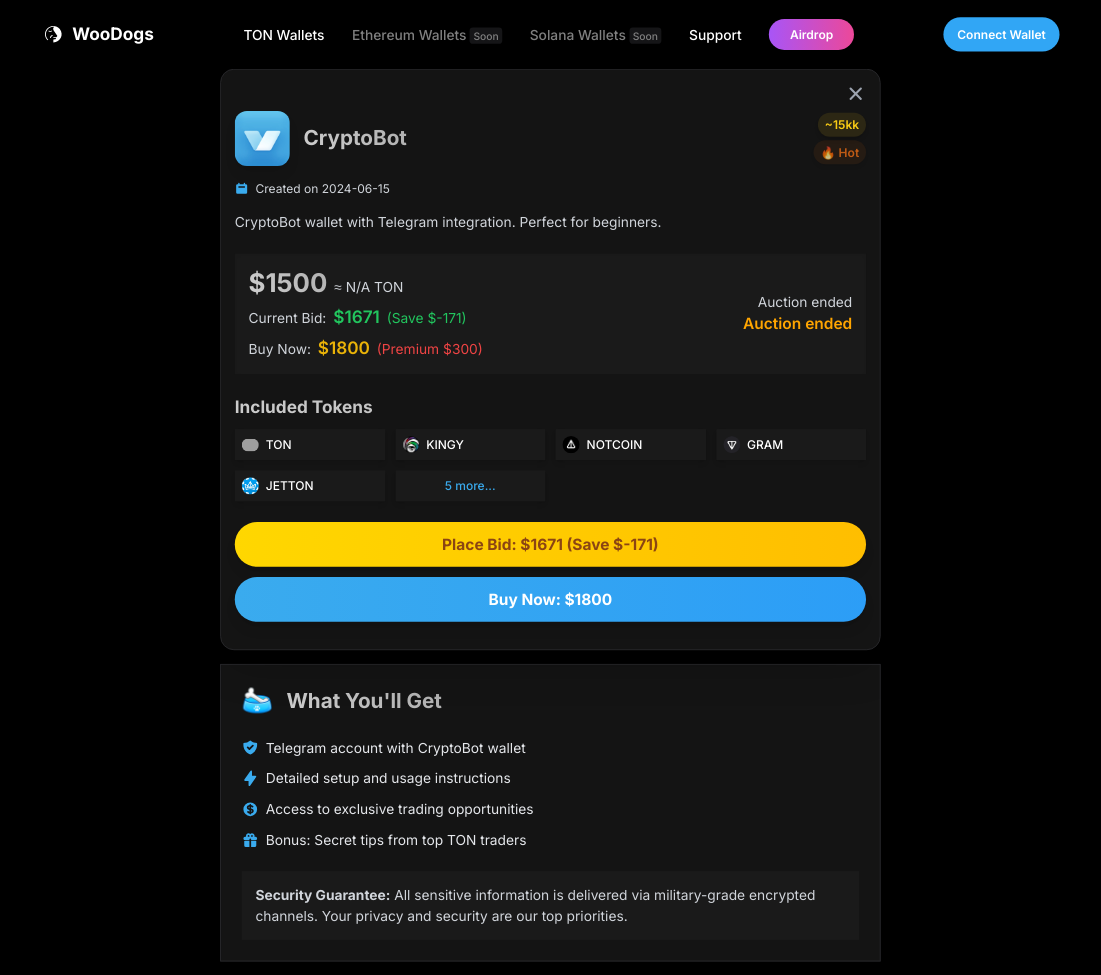
Repository: itititi/woofdogs_off
Page: /wallet/cryptobot-1
An editor plug-in stored every save of this project. The page is shown before and after the next save, followed by the edit.
The browser window is 1280 px wide. The pictures show the whole page, at 86% of full size.
Pictures or frames that could not be fetched are drawn as grey boxes. The page's requests for data from a server got no answer. The project was rebuilt for these pictures with package versions that can differ from the ones it lists, and the page was loaded fresh each time. The framework's server and built-in components were replaced by stand-ins that run in the browser. No one was signed in, and anything a server would have sent is missing. Also part of the build but not shown: next.config.mjs.

Above is the page before, as saved 2024-10-25 22:38:39.

After the next save:
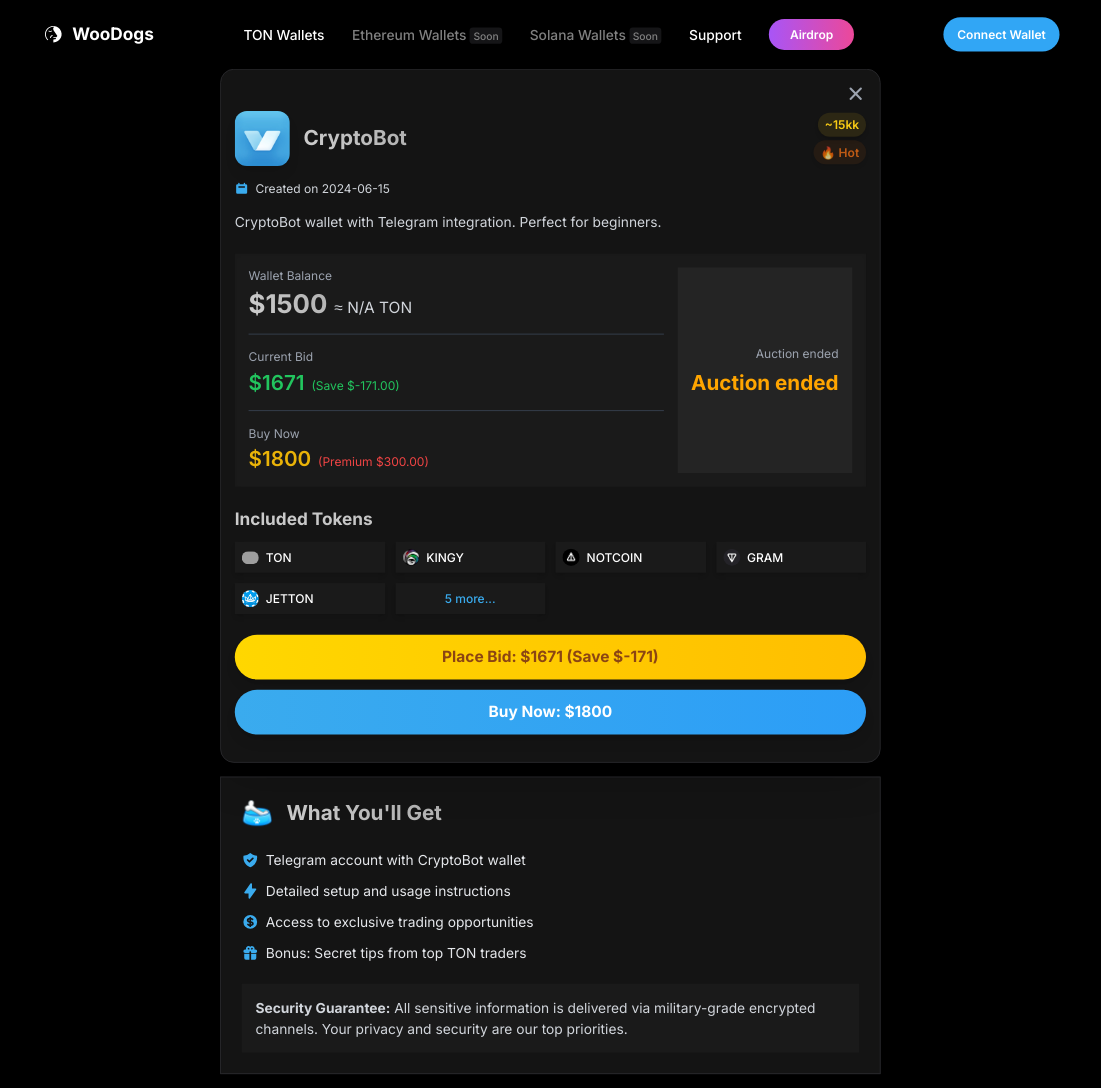
Saved 83 s later.
--- a/src/app/wallet/[id]/page.tsx
+++ b/src/app/wallet/[id]/page.tsx
@@ -182,34 +182,39 @@
 
             <p className="text-gray-300 text-base mb-6 leading-relaxed">{wallet.description}</p>
 
-            <div className="flex flex-col sm:flex-row sm:justify-between sm:items-center mb-6 bg-[#1A1A1A] p-4 rounded-lg shadow-inner">
-              <div className="mb-2 sm:mb-0">
-                <div className="mb-2">
-                  <span className="text-2xl sm:text-3xl font-bold titanium-gradient">${wallet.priceUSD}</span>
-                  <span className="text-sm sm:text-base text-gray-300 ml-2">
-                    ≈ {tonAmount} TON
-                  </span>
-                </div>
-                <div className="mb-2">
-                  <span className="text-sm sm:text-base text-gray-300">Current Bid:</span>
-                  <span className="text-lg sm:text-xl font-semibold text-green-500 ml-2">${bidPrice}</span>
-                  <span className="text-sm sm:text-base text-green-500 ml-2">
-                    (Save ${wallet.priceUSD - bidPrice!})
-                  </span>
+            <div className="flex flex-col sm:flex-row sm:justify-between sm:items-stretch mb-6 bg-[#1A1A1A] p-4 rounded-lg shadow-inner">
+              <div className="flex-1 mb-4 sm:mb-0 sm:mr-4">
+                <div className="mb-4 pb-4 border-b border-gray-700">
+                  <span className="text-sm text-gray-400 block mb-1">Wallet Balance</span>
+                  <div className="flex items-baseline">
+                    <span className="text-3xl font-bold titanium-gradient">${wallet.priceUSD}</span>
+                    <span className="text-lg text-gray-300 ml-2">≈ {tonAmount} TON</span>
+                  </div>
+                </div>
+                <div className="mb-4 pb-4 border-b border-gray-700">
+                  <span className="text-sm text-gray-400 block mb-1">Current Bid</span>
+                  <div className="flex items-baseline">
+                    <span className="text-2xl font-semibold text-green-500">${bidPrice}</span>
+                    <span className="text-sm text-green-500 ml-2">
+                      (Save ${(wallet.priceUSD - bidPrice!).toFixed(2)})
+                    </span>
+                  </div>
                 </div>
                 <div>
-                  <span className="text-sm sm:text-base text-gray-300">Buy Now:</span>
-                  <span className="text-lg sm:text-xl font-semibold text-yellow-500 ml-2">${blitzPrice}</span>
-                  <span className="text-sm sm:text-base text-red-500 ml-2">
-                    (Premium ${blitzPrice! - wallet.priceUSD})
-                  </span>
-                </div>
-              </div>
-              <div className="flex flex-col items-start sm:items-end">
-                <span className="text-gray-300 text-sm sm:text-base">
-                  {isAuctionEnded ? 'Auction ended' : 'Auction ends in:'}
+                  <span className="text-sm text-gray-400 block mb-1">Buy Now</span>
+                  <div className="flex items-baseline">
+                    <span className="text-2xl font-semibold text-yellow-500">${blitzPrice}</span>
+                    <span className="text-sm text-red-500 ml-2">
+                      (Premium ${(blitzPrice! - wallet.priceUSD).toFixed(2)})
+                    </span>
+                  </div>
+                </div>
+              </div>
+              <div className="flex flex-col justify-center items-center sm:items-end bg-[#242424] p-4 rounded-lg">
+                <span className="text-gray-400 text-sm mb-2">
+                  {isAuctionEnded ? 'Auction ended' : 'Auction ends in'}
                 </span>
-                <span className="font-semibold text-base sm:text-lg text-[#FFA500]">
+                <span className="font-bold text-2xl text-[#FFA500]">
                   {timeLeft}
                 </span>
               </div>
